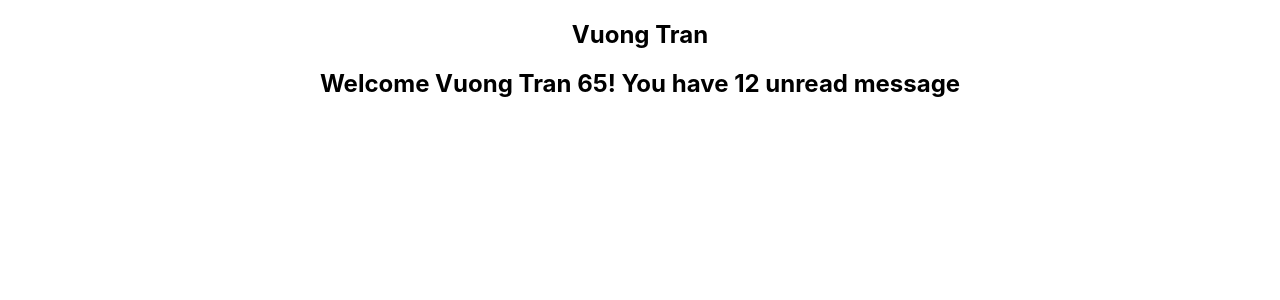
Repository: vuongtm1999/ALTA-exercise-1
Page: /
An editor plug-in stored every save of this project. The page is shown before and after the next save, followed by the edit.
The browser window is 1280 px wide. The pictures show the whole page.
The project was rebuilt for these pictures with package versions that can differ from the ones it lists, and the page was loaded fresh each time.

Above is the page before, as saved 2022-10-24 16:24:54.

### src/App.tsx
import './App.css';
import { Greet } from './components/Greet';
import Person from './components/Person';

function App() {
  const PersonName = {
    firstName: "Vuong",
    lastName: "Tran",
  }
  return (
    <div className="App">
      <Person name={PersonName} />
      <Greet name="Vuong Tran 65" messageCount={12} isLoggedIn={true}  />
    </div>
  );
}

export default App;

### src/components/Greet.tsx
type Greetprops = {
    name: string
    messageCount: number
    isLoggedIn: boolean
}

const Greet = (props: Greetprops) => {
    return (
        <div>
            {props.isLoggedIn ?  <h2>Welcome {props.name}! You have {props.messageCount} unread message</h2> :
                                    <h2>Welcome guest</h2>
            }
        </div>
     );
};

export { Greet }

### src/components/Person.tsx
type PersonProps = {
    name: {
        firstName: string
        lastName: string
    }
}


function Person(props: PersonProps) {
    return (
        <h2>{props.name.firstName} {props.name.lastName}</h2>
     );
}

export default Person;

Loaded but not shown: public/index.html (common file); src/index.tsx (common file); src/index.css (common file); src/reportWebVitals.ts (common file); src/App.css (common file)

After the next save:
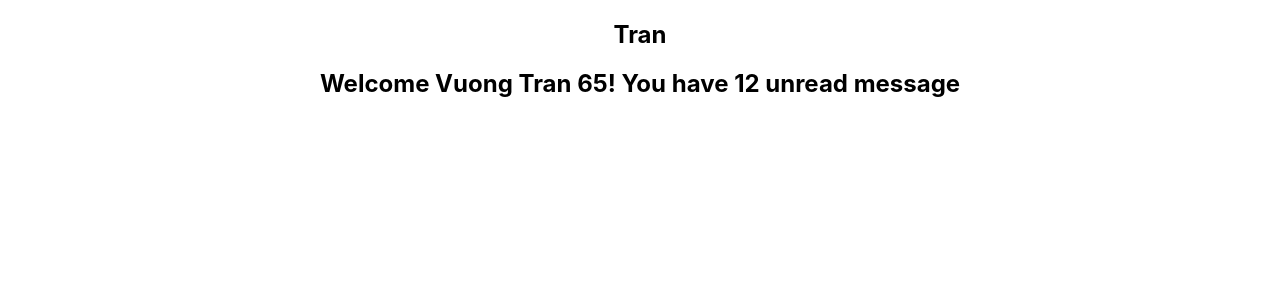
Saved 13 s later.
--- a/src/components/Person.tsx
+++ b/src/components/Person.tsx
@@ -1,6 +1,6 @@
 type PersonProps = {
     name: {
-        firstName: string
+        firstN: string
         lastName: string
     }
 }
@@ -8,7 +8,7 @@
 
 function Person(props: PersonProps) {
     return (
-        <h2>{props.name.firstName} {props.name.lastName}</h2>
+        <h2>{props.name.firstN} {props.name.lastName}</h2>
      );
 }
 

After the save that followed:
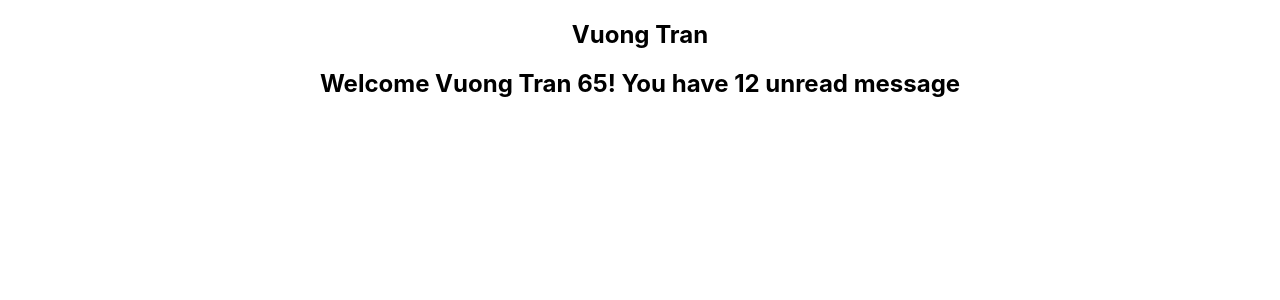
Saved 6 s later.
--- a/src/components/Person.tsx
+++ b/src/components/Person.tsx
@@ -1,6 +1,6 @@
 type PersonProps = {
     name: {
-        firstN: string
+        firstName: string
         lastName: string
     }
 }
@@ -8,7 +8,7 @@
 
 function Person(props: PersonProps) {
     return (
-        <h2>{props.name.firstN} {props.name.lastName}</h2>
+        <h2>{props.name.firstName} {props.name.lastName}</h2>
      );
 }
 
